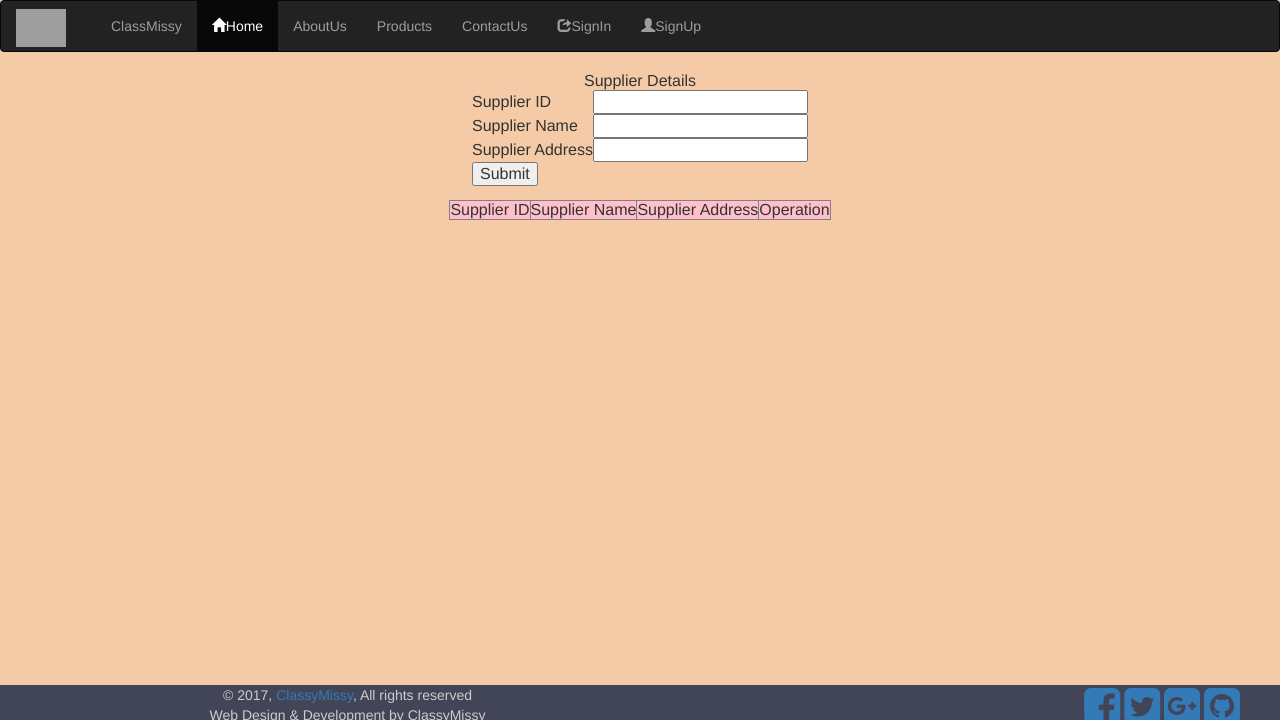
Repository: ananthi024/eCommerce-Project
Page: http://localhost/ClassyMissyFrontend/WEB-INF/views/Supplier.jsp
An editor plug-in stored every save of this project. The page is shown before and after the next save, followed by the edit.
The browser window is 1280 px wide. The pictures show the whole page.
Pictures or frames that could not be fetched are drawn as grey boxes. Some web libraries are served in a nearby version. The page is served by Tomcat 9. Nobody is signed in. Other server files are loaded and not shown. The template is opened directly, without the code that normally fills it, so the values that code supplies are empty.

Above is the page before, as saved 2017-07-11 19:26:04.
Console error (its wording comes from the project's code and is left out).

### 13th July/MyProject/ClassyMissyFrontend/src/main/webapp/WEB-INF/views/Supplier.jsp
<%@ page language="java" contentType="text/html"%>
<%@ taglib uri="http://java.sun.com/jsp/jstl/core" prefix="c"%>
<%@taglib prefix="form" uri="http://www.springframework.org/tags/form"%>

<%@include file="Header.jsp"%>

<form:form action="InsertSupplier" modelAttribute="Supplier">
<table align="center">
			<tr>
				<td colspan="2"><center>Supplier Details</center></td>
			</tr>
			<tr>
				<td>Supplier ID</td>
				<td><form:input path="supid" /></td>
			</tr>
			<tr>
				<td>Supplier Name</td>
				<td><form:input path="supname" /></td>
			</tr>

			<tr>
				<td>Supplier Address</td>
				<td><form:input path="supaddr" /></td>
			</tr>

			<tr>
			<td colspan="2"><input type="submit"  /></td>
			</tr>
</table>
</form:form>

<!-- Displaying the Supplier data using Table -->
<table cellspacing="2" align="center" border="1">

	<tr bgcolor="pink">
		<td>Supplier ID</td>
		<td>Supplier Name</td>
		<td>Supplier Address</td>
		<td>Operation</td>
	</tr>
	<c:forEach items="${suplist}" var="supplier">
		<tr bgcolor="cyan">
			<td>${supplier.supid}</td>
			<td>${supplier.supname}</td>
			<td>${supplier.supaddr}</td>
			<td><a href="<c:url value="deleteSupplier/${supplier.supid}"/>">Delete</a>
				<a href="<c:url value="updateSupplier/${supplier.supid}"/>">Update</a>
			</td>
		</tr>
	</c:forEach>
</table>
<!-- Completed Displaying Table -->
<%@include file="Footer.jsp" %>
</body>
</html>

### 13th July/MyProject/ClassyMissyFrontend/src/main/webapp/WEB-INF/views/Header.jsp
<%@ page language="java" contentType="text/html"%>
<%@ taglib uri="http://java.sun.com/jsp/jstl/core" prefix="c" %>
<html>
<head>
<title>ClassyMissy</title>

<meta name="viewport" content="width=device-width,initial-scale=1">
<link rel="stylesheet" href="https://maxcdn.bootstrapcdn.com/bootstrap/3.3.7/css/bootstrap.min.css">
<script src="https://maxcdn.bootstrapcdn.com/bootstrap/3.3.7/js/bootstrap.min.js"></script>
<script src="https://ajax.googleapis.com/ajax/libs/jquery/3.1.1/jquery.min.js"></script>

</head>
<body style="background-color:#f5cba7">
<form action="gh">
<!-- Starting The Navbar Code -->
<nav class="navbar navbar-inverse">
<div class="container-fluid">

<div class="navbar-header">
<a class="navbar-brand" rel="home" href="#" title="The Exprssion of Pearl">
                <img style="max-width:50px; margin-top: -7px;"
                     src="D:\cma2.jpg">
            </a>
<a class="navbar-brand" href="Home.jsp"></a>
</div>
<div>
<c:if test="${sessionScope.loggedIn }">

<ul class="nav navbar-nav">
<li>ClassMissy</li>
<li class="active"><a href="AdminHome"><span class="glyphicon glyphicon-home"></span>Home</a></li>
<li><a href="Category">Manage Category</a></li>
<li><a href="Product">Manage Products</a>
<li><a href="Supplier">Manage Supplier</a></li>

<div class="nav navbar-nav navbar-right">
<li><a href="#">${sessionScope.username}</a></li>
<li><a href="Header">Logout</a></li>


  </div>

 </ul>
 </div>
 </c:if>
  </div>
<div>
<c:if test="${!sessionScope.loggedIn }">

<ul class="nav navbar-nav">
<li><a href="">ClassMissy</a></li>
<li class="active"><a href="index.jsp"><span class="glyphicon glyphicon-home"></span>Home</a></li>
<li><a href="AboutUs">AboutUs</a></li>
<li><a href="displayProduct">Products</a>
<li><a href="ContactUs">ContactUs</a></li>


<div class="nav navbar-nav navbar-right">
<li><a href="login"><span class="glyphicon glyphicon-share"></span>SignIn </a></li>
<li><a href="Register"><span class="glyphicon glyphicon-user"></span>SignUp </a></li>




</div>

</ul>
</c:if>
</div>
</div>

</nav>
</form>
</body>
</html>

### 13th July/MyProject/ClassyMissyFrontend/src/main/webapp/WEB-INF/views/Footer.jsp
<%@ page language="java" contentType="text/html"%>
<html>
<head>
<link href="//maxcdn.bootstrapcdn.com/font-awesome/4.1.0/css/font-awesome.min.css" rel="stylesheet">
<meta name="viewport" content="width=device-width,initial-scale=1">
<link rel="stylesheet" href="https://maxcdn.bootstrapcdn.com/bootstrap/3.3.7/css/bootstrap.min.css">
<script src="https://maxcdn.bootstrapcdn.com/bootstrap/3.3.7/js/bootstrap.min.js"></script>
<script src="https://ajax.googleapis.com/ajax/libs/jquery/3.1.1/jquery.min.js"></script>
<style type="text/css">
footer{
   background-color: #424558;
    position: fixed;
    bottom: 0;
    left: 0;
    right: 0;
    height: 35px;
    text-align: center;
    color: #CCC;
}

footer p {
    padding: 10.5px;
    margin: 0px;
    line-height: 100%;
}
</style>
</head>

<footer>
       <div class="footer-bottom">

	<div class="container">

		<div class="row">

			<div class="col-xs-12 col-sm-6 col-md-6 col-lg-6">

				<div class="copyright">

					© 2017, <a href="Home">ClassyMissy</a>, All rights reserved

				</div>

			</div>
			<div class="nav navbar-nav navbar-right">
               <div class="social-icons">

               <ul class="nomargin">

                <a href="https://www.facebook.com"><i id="social-fb" class="fa fa-facebook-square fa-3x social"></i></a>
	            <a href="https://twitter.com"><i id="social-tw" class="fa fa-twitter-square fa-3x social"></i></a>
	            <a href="https://plus.google.com"><i id="social-gp" class="fa fa-google-plus-square fa-3x social"></i></a>
	            <a href="https://github.com"><i id="social-gh" class="fa fa-github-square fa-3x social"></i></a>

                                    </ul>
                                </div></div>
			<div class="col-xs-12 col-sm-6 col-md-6 col-lg-6">

				<div class="design">

					 Web Design & Development by ClassyMissy

				</div>

			</div>

		</div>

	</div>

</div>
    </footer>


</html>

After the next save:
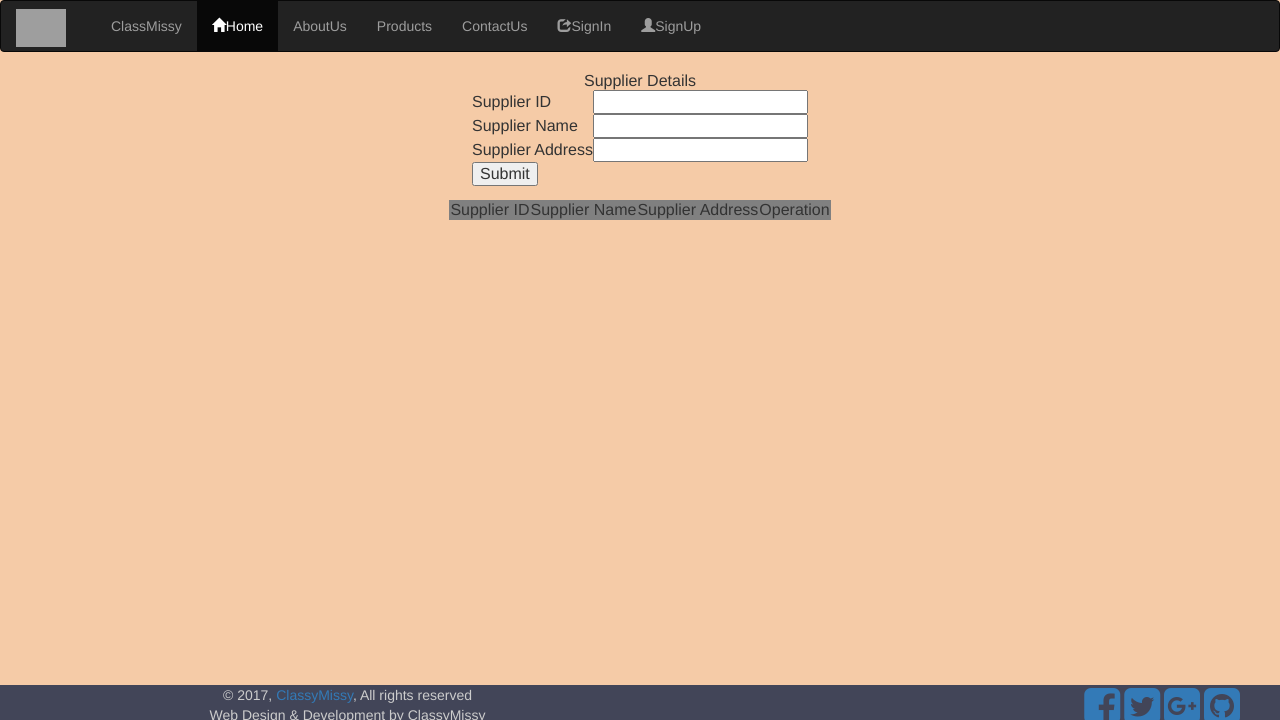
Saved 91 s later.
--- a/13th July/MyProject/ClassyMissyFrontend/src/main/webapp/WEB-INF/views/Supplier.jsp
+++ b/13th July/MyProject/ClassyMissyFrontend/src/main/webapp/WEB-INF/views/Supplier.jsp
@@ -32,14 +32,14 @@
 <!-- Displaying the Supplier data using Table -->
 <table cellspacing="2" align="center" border="1">
 
-	<tr bgcolor="pink">
+	<tr bgcolor="gray">
 		<td>Supplier ID</td>
 		<td>Supplier Name</td>
 		<td>Supplier Address</td>
 		<td>Operation</td>
 	</tr>
 	<c:forEach items="${suplist}" var="supplier">
-		<tr bgcolor="cyan">
+		<tr bgcolor="pink">
 			<td>${supplier.supid}</td>
 			<td>${supplier.supname}</td>
 			<td>${supplier.supaddr}</td>
